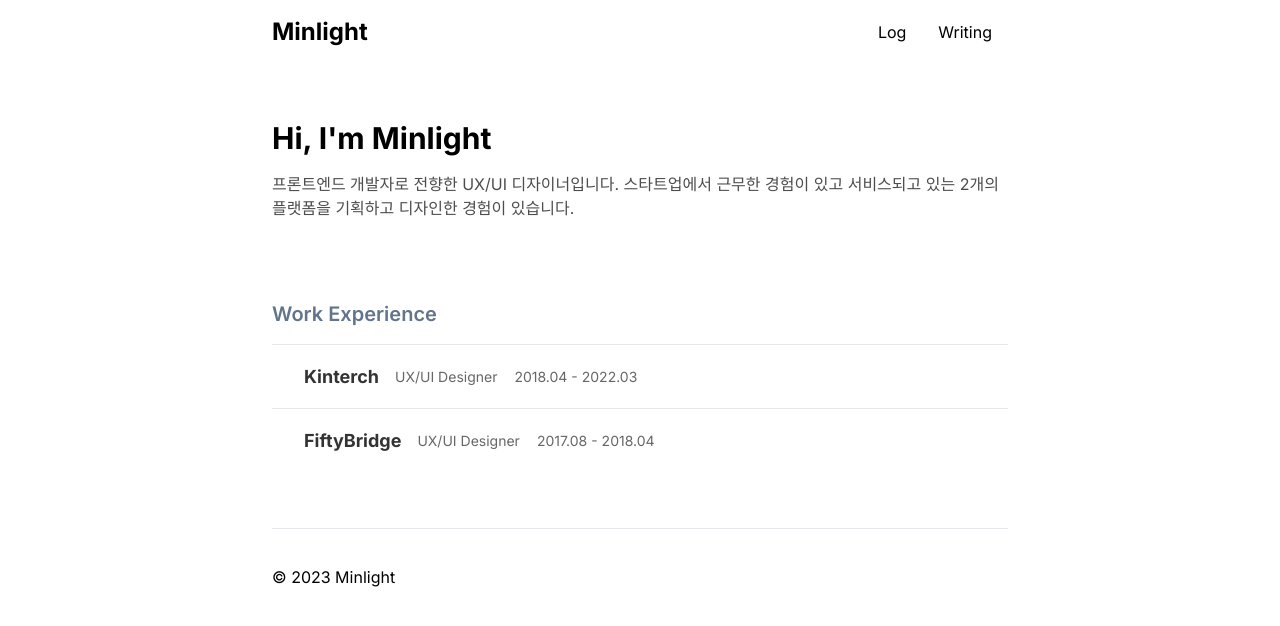
Repository: kwngmin/minlight-log
Page: /
The author's editor kept a copy of each file at every save. The page is drawn from the files as they stood at one save, then again after the next save.
The browser window is 1280 px wide. The pictures show the whole page.
The project was rebuilt for these pictures with package versions that can differ from the ones it lists, and the page was loaded fresh each time. The framework's server and built-in components were replaced by stand-ins that run in the browser. Also part of the build but not shown: next.config.js.

Above is the page before, as saved 2023-04-04 16:21:55.

After the next save:
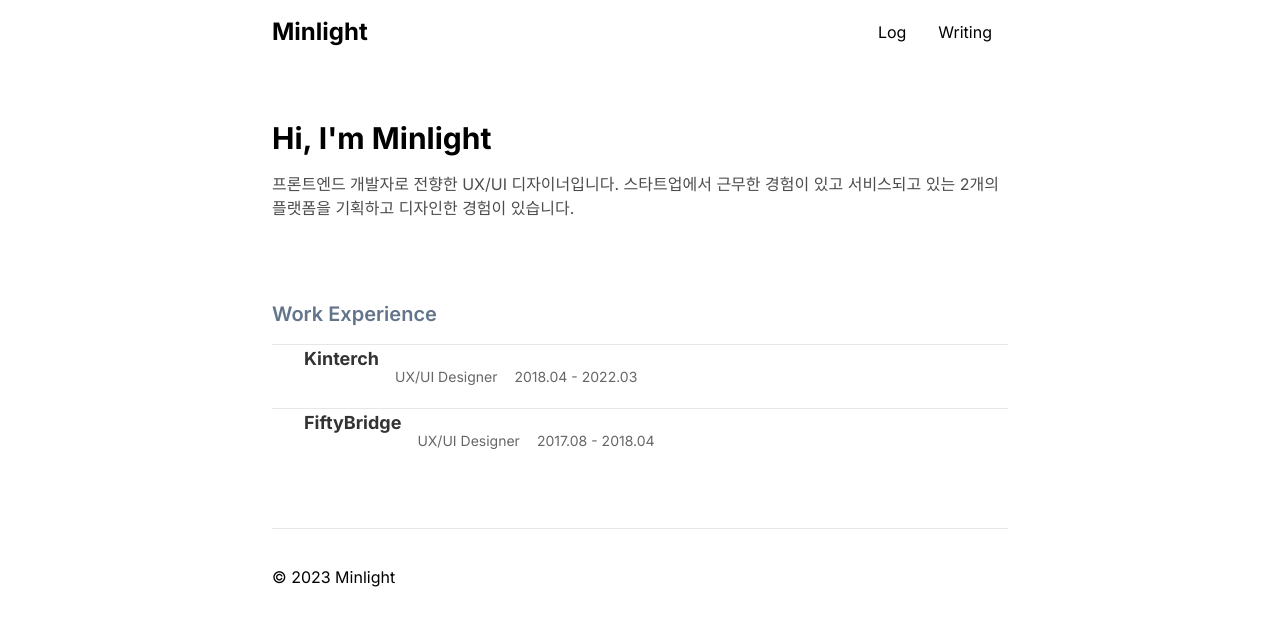
Saved 10 s later.
--- a/src/components/Table.tsx
+++ b/src/components/Table.tsx
@@ -17,7 +17,7 @@ export default function Table({ tableData, subject }: Props) {
         {tableData.map(({ head, content, period }) => (
           <li
             key={head}
-            className="flex flex-col justify-center lg:justify-start lg:flex-row items-center h-28 lg:h-16 border-t gap-0 lg:gap-4 px-4 lg:px-8"
+            className="flex flex-col justify-center lg:justify-start lg:flex-row h-28 lg:h-16 border-t gap-0 lg:gap-4 px-4 lg:px-8"
           >
             <h3 className="font-bold text-lg text-black/80">{head}</h3>
             <section className="text-black/60 text-center lg:text-left flex items-center text-sm">
